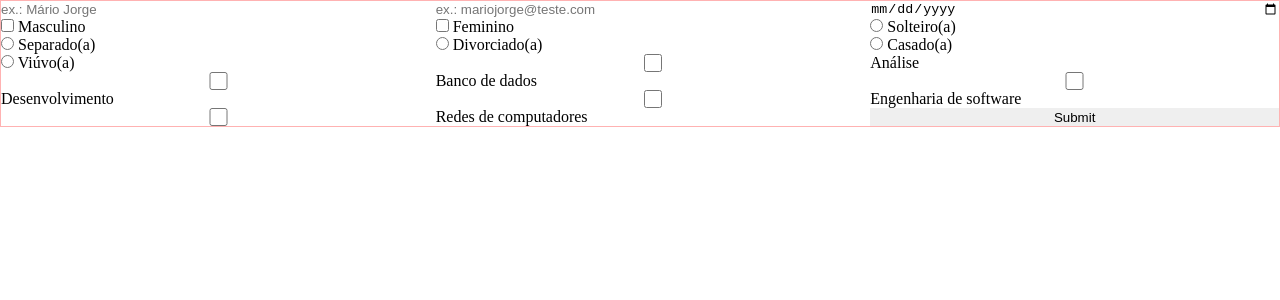
Repository: mjRibeiroTriscal/UVA_Projects
Page: Proj_A1_AVA2_2020_1/index.html
An editor plug-in stored every save of this project. The page is shown before and after the next save, followed by the edit.
The browser window is 1280 px wide. The pictures show the whole page.

Above is the page before, as saved 2020-03-13 11:14:03.

After the next save:
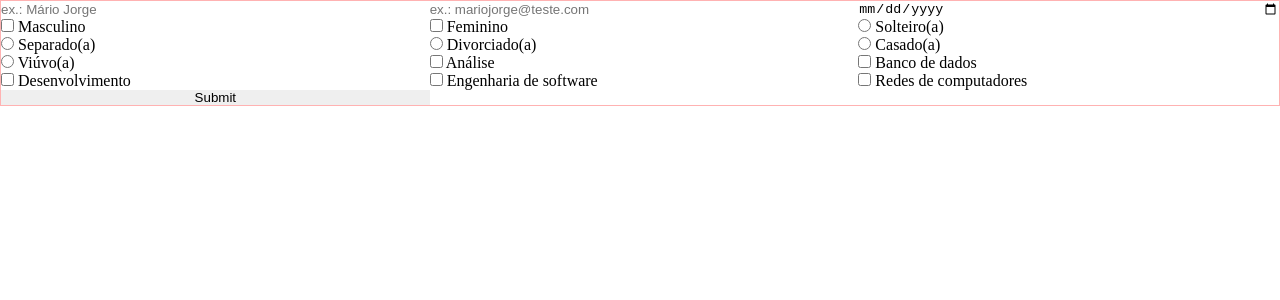
Saved 2 min 38 s later.
--- a/Proj_A1_AVA2_2020_1/index.html
+++ b/Proj_A1_AVA2_2020_1/index.html
@@ -60,11 +60,26 @@
                     <label for="viuvo">Viúvo(a)</label>
                 </div>
 
-                <input id="analise" type="checkbox" name="analise" /> Análise
-                <input id="bancoDados" type="checkbox" name="bancoDados" /> Banco de dados
-                <input id="desenvolvimento" type="checkbox" name="desenvolvimento" /> Desenvolvimento
-                <input id="engenhariaSoftware" type="checkbox" name="engenhariaSoftware" /> Engenharia de software
-                <input id="redesComputadores" type="checkbox" name="redesComputadores" /> Redes de computadores
+                <div>
+                    <input id="analise" type="checkbox" name="analise" />
+                    <label for="analise">Análise</label>
+                </div>
+                <div>
+                    <input id="bancoDados" type="checkbox" name="bancoDados" />
+                    <label for="bancoDados">Banco de dados</label>
+                </div>
+                <div>
+                    <input id="desenvolvimento" type="checkbox" name="desenvolvimento" />
+                    <label for="desenvolvimento">Desenvolvimento</label>
+                </div>
+                <div>
+                    <input id="engenhariaSoftware" type="checkbox" name="engenhariaSoftware" />
+                    <label for="engenhariaSoftware">Engenharia de software</label>
+                </div>
+                <div>
+                    <input id="redesComputadores" type="checkbox" name="redesComputadores" />
+                    <label for="redesComputadores">Redes de computadores</label>
+                </div>
 
                 <input type="submit" value="Submit">
 
